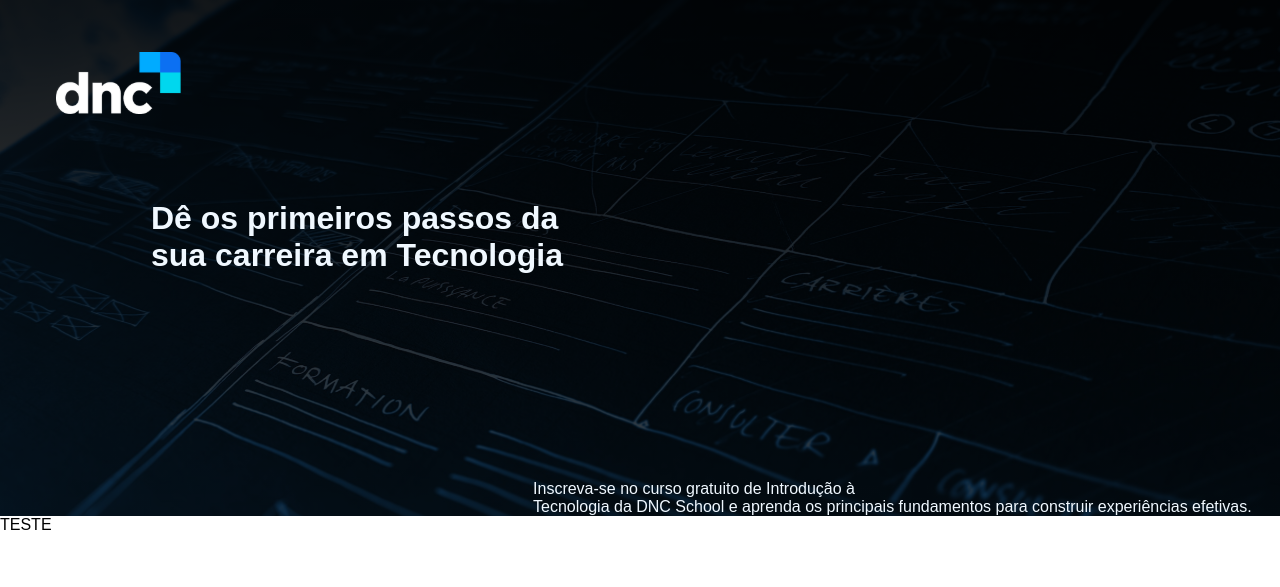
Repository: kleber-goncalves/Landing-Page-dnc
Page: src/index.html
The author's editor kept a copy of each file at every save. The page is drawn from the files as they stood at one save, then again after a run of saves.
The browser window is 1280 px wide. The pictures show the whole page.

Above is the page before, as saved 2024-12-09 19:47:42.

### src/index.html
<!DOCTYPE html>
<html lang="pt-br">
  <head>
    <meta charset="UTF-8" />
    <meta name="viewport" content="width=device-width, initial-scale=1.0" />
    <title>Escola DNC</title>
    <link rel="stylesheet" href="../src/style.css" />
  </head>
  <body>
    <div id="cabecanho">
        <img id="logo-dnc" src="../img/logo.svg" alt="logo-dnc">
        <h1 id="titulo" >Dê os primeiros passos da <br>
            sua carreira em Tecnologia</h1>
        <p id="subtitulo" >Inscreva-se no curso gratuito de Introdução à <br>
            Tecnologia da DNC School e aprenda os principais fundamentos para construir experiências efetivas.</p>
    </div>
    <div>TESTE</div>
  </body>
</html>

### src/style.css
* {
  margin: 0px;
  font-family: Arial, Helvetica, sans-serif;
}

#cabecanho {
  display: flex;
  margin: 0%;
  height: 100%;
  background-image: url(../img/fundo.svg);
  background-size: cover;
  background-repeat: no-repeat;
  color: aliceblue;
}

#logo-dnc {
  display: flex;
  width: 125px;
  height: 62px;
  margin-left: 56px;
  margin-top: 52px;
}

#titulo {
  display: flex;
  margin-left: -30px;
  margin-top: 200px;
}

#subtitulo{
    display: flex;
    margin-left: -30px;
    margin-top: 480px;
}

### img/logo.svg
<svg width="125" height="62" viewBox="0 0 125 62" fill="none" xmlns="http://www.w3.org/2000/svg" xmlns:xlink="http://www.w3.org/1999/xlink">
<rect width="125" height="62" fill="url(#pattern0_1227_101)"/>
<defs>
<pattern id="pattern0_1227_101" patternContentUnits="objectBoundingBox" width="1" height="1">
<use xlink:href="#image0_1227_101" transform="matrix(0.00497512 0 0 0.0100305 0 -0.00152463)"/>
</pattern>
<image id="image0_1227_101" width="201" height="100" xlink:href="data:[embedded picture, 3186 characters]"/>
</defs>
</svg>

### img/fundo.svg
<svg width="1440" height="560" viewBox="0 0 1440 560" fill="none" xmlns="http://www.w3.org/2000/svg" xmlns:xlink="http://www.w3.org/1999/xlink">
<rect width="1440" height="560" fill="url(#pattern0_1227_39)"/>
<rect width="1440" height="560" fill="url(#paint0_linear_1227_39)"/>
<defs>
<pattern id="pattern0_1227_39" patternContentUnits="objectBoundingBox" width="1" height="1">
<use xlink:href="#image0_1227_39" transform="matrix(0.0004 0 0 0.00102857 0 -0.0636538)"/>
</pattern>
<linearGradient id="paint0_linear_1227_39" x1="720" y1="0" x2="720" y2="560" gradientUnits="userSpaceOnUse">
<stop stop-opacity="0.9"/>
<stop offset="1" stop-opacity="0.7"/>
</linearGradient>
<image id="image0_1227_39" width="2500" height="1460" xlink:href="data:[embedded picture, 603023 characters]"/>
</defs>
</svg>

After the next 2 saves:
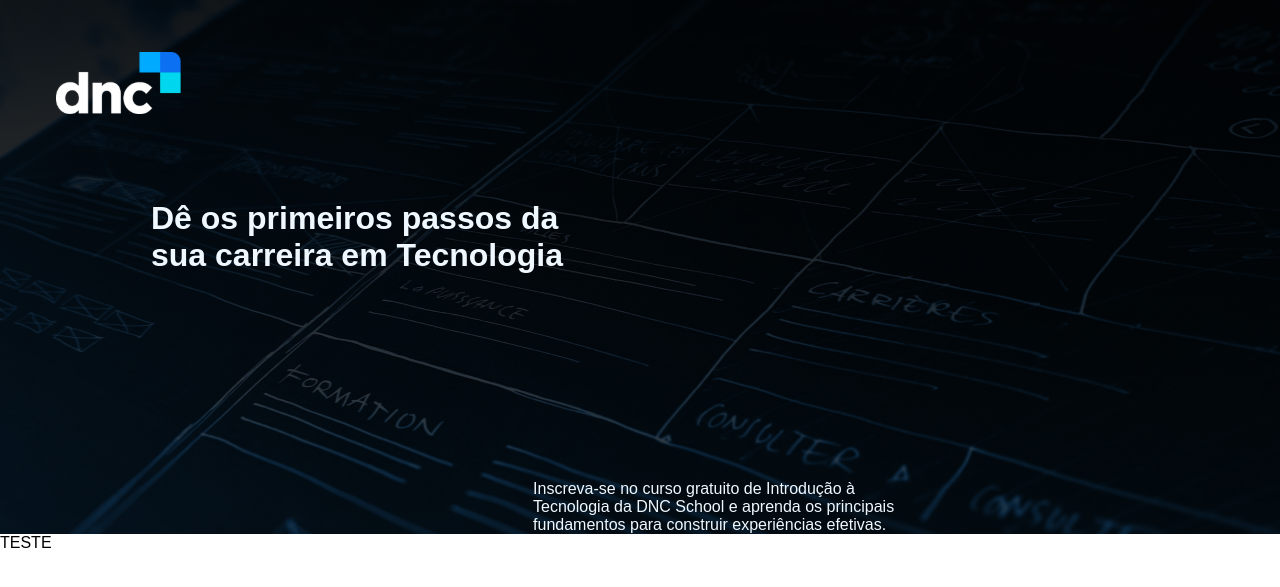
The 2 saves are shown as one change because they came seconds apart.
The last was saved 12 s later.
--- a/src/index.html
+++ b/src/index.html
@@ -12,7 +12,8 @@
         <h1 id="titulo" >Dê os primeiros passos da <br>
             sua carreira em Tecnologia</h1>
         <p id="subtitulo" >Inscreva-se no curso gratuito de Introdução à <br>
-            Tecnologia da DNC School e aprenda os principais fundamentos para construir experiências efetivas.</p>
+            Tecnologia da DNC School e aprenda os principais <br>
+            fundamentos para construir experiências efetivas.</p>
     </div>
     <div>TESTE</div>
   </body>
